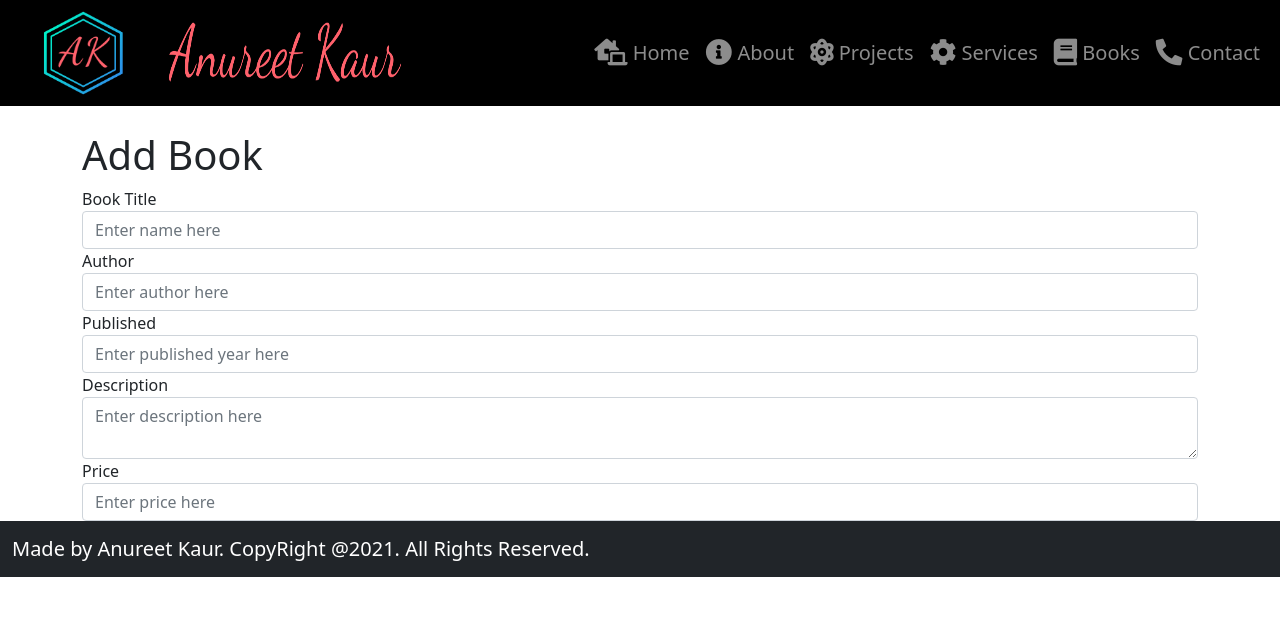
Repository: Anureet23/Portfolio_Authentication
Page: http://localhost/book-list/add
An editor plug-in stored every save of this project. The page is shown before and after a run of saves, followed by the edit.
The browser window is 1280 px wide. The pictures show the whole page.
The page is served by the project's Node server (server.js).

Above is the page before, as saved 2021-06-16 19:50:10.

After the next 5 saves:
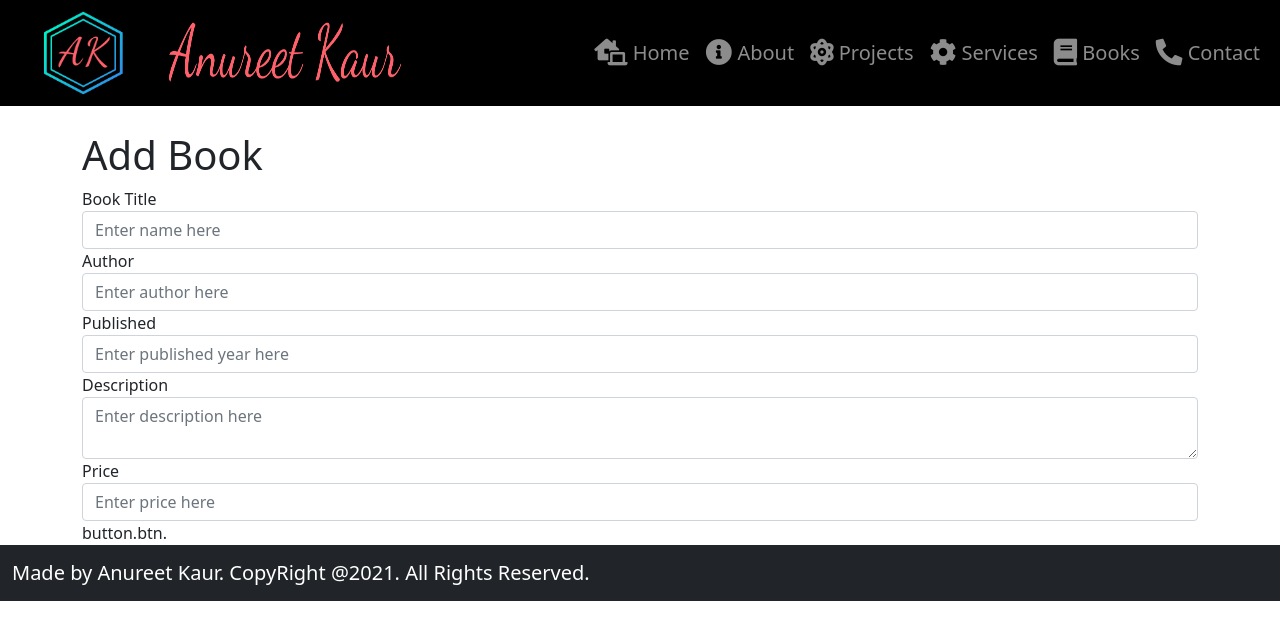
The 5 saves are shown as one change because they came seconds apart.
The last was saved 13 s later.
--- a/server/views/book/add.ejs
+++ b/server/views/book/add.ejs
@@ -37,6 +37,8 @@
             <input type="number" class="form-control" id="nameTextField" placeholder="Enter price here" name="price" required>
         </div>
 
+        button.btn.
+
         </form>
     </div>
 </div>
